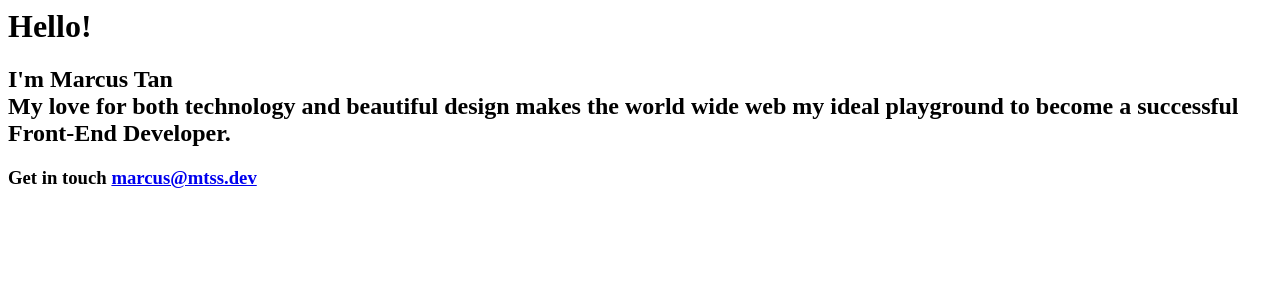
Repository: marcustanx/marcustanx.github.io
Page: _includes/intro.html
The author's editor kept a copy of each file at every save. The page is drawn from the files as they stood at one save, then again after the next save.
The browser window is 1280 px wide. The pictures show the whole page.

Above is the page before, as saved 2020-07-11 14:25:58.

### _includes/intro.html
<header class="intro">
  <h1 class="intro__hello">Hello!
    <span class="emoji wave-hand animated"></span>
  </h1>

  <h2 class="intro__tagline">I'm
    <span class="name">Marcus Tan</span><br>
    My love for both technology and beautiful design makes the world wide web my ideal playground to become a successful Front-End Developer.
    <span class="emoji technologist"></span>
  </h2>

  <h3 class="intro__contact">
    <span>Get in touch </span>
    <span class="emoji pointer"></span>
    <span>
      <a href="mailto:marcus@mtss.dev" target="_blank" class="highlight-link">marcus@mtss.dev</a>
    </span>
  </h3>
</header>

After the next save:
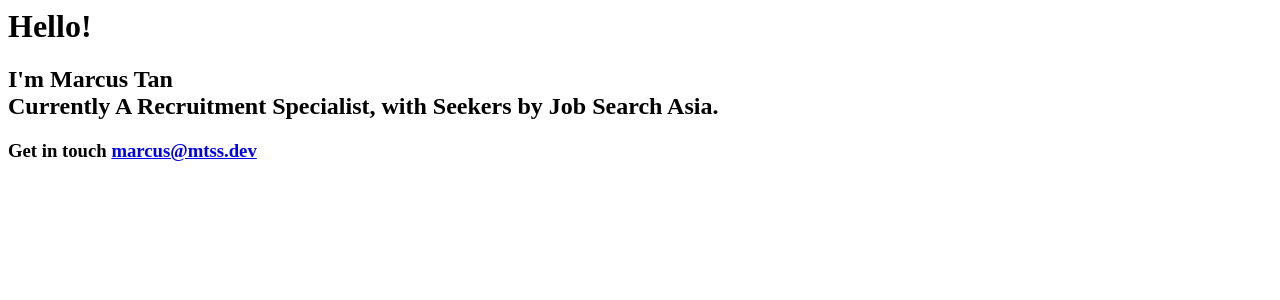
Saved 5 min 45 s later.
--- a/_includes/intro.html
+++ b/_includes/intro.html
@@ -5,7 +5,7 @@
 
   <h2 class="intro__tagline">I'm
     <span class="name">Marcus Tan</span><br>
-    My love for both technology and beautiful design makes the world wide web my ideal playground to become a successful Front-End Developer.
+    Currently A Recruitment Specialist, with Seekers by Job Search Asia.
     <span class="emoji technologist"></span>
   </h2>
 
